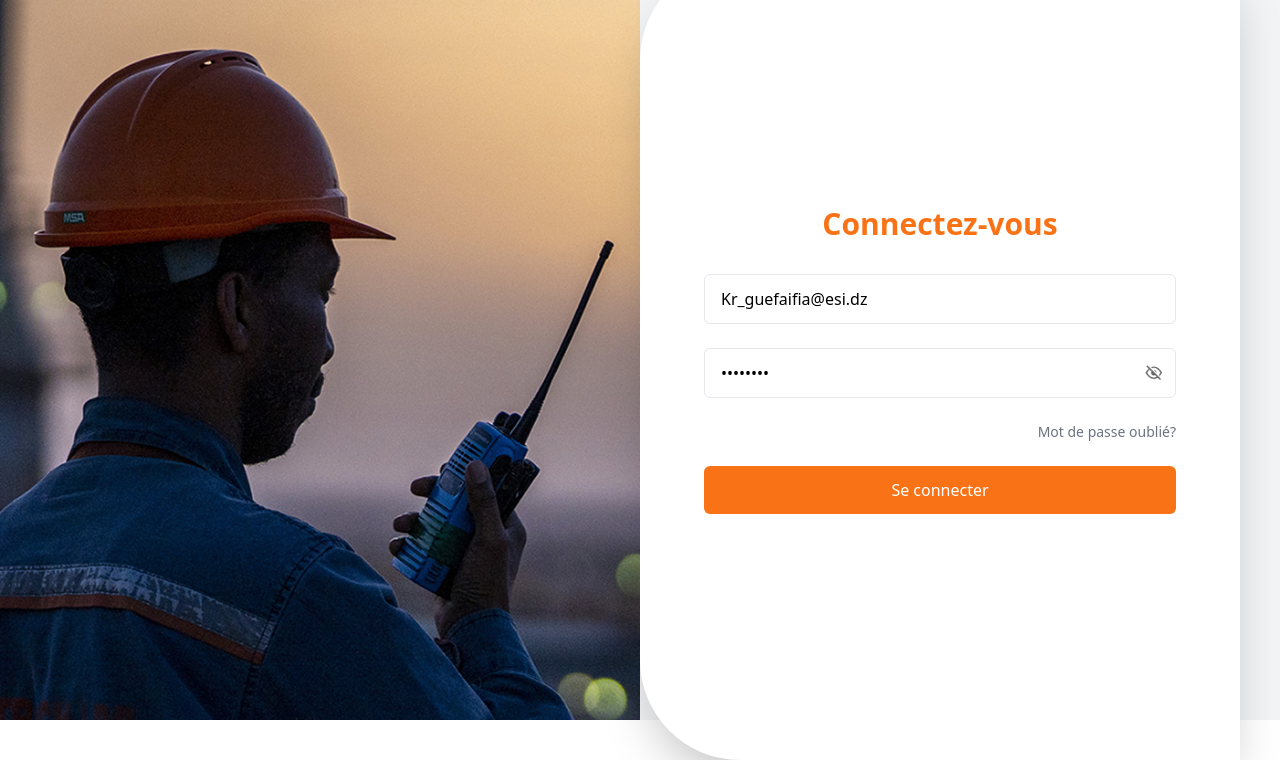
Repository: 123455675848484848484884848484/Projet_2cs
Page: / (app in front/)
An editor plug-in stored every save of this project. The page is shown before and after the next save, followed by the edit.
The browser window is 1280 px wide. The pictures show the whole page.
The project was rebuilt for these pictures with package versions that can differ from the ones it lists, and the page was loaded fresh each time. Also part of the build but not shown: front/src/App.css.

Above is the page before, as saved 2025-04-20 12:03:56.

### front/src/App.js

import './App.css';
// App.jsx
import React from "react";
import Login from "./Login"; // Assure-toi que le chemin est correct

function App() {
  return <Login />;
}

export default App;

### front/src/Login.jsx
import React, { useState } from "react";

const Login = () => {
  const [showPassword, setShowPassword] = useState(false);
  const [email, setEmail] = useState("Kr_guefaifia@esi.dz");
  const [error, setError] = useState("");

  const handleSubmit = (e) => {
    e.preventDefault();
    if (!email.includes("@")) {
      setError("L'adresse email doit contenir un '@'");
      return;
    }
    setError("");
    alert("Connexion réussie !");
  };

  return (
    <div className="h-screen w-screen flex bg-gray-100">
      {/* Image à gauche */}
      <div className="w-1/2 h-full">
        <img
          src="/login.png"
          alt="worker"
          className="w-full h-full object-cover"
        />
      </div>

      {/* Formulaire arrondi */}
      <div className="w-1/2 h-full flex items-center justify-center">
      <div className="bg-white rounded-l-[100px] -ml-10 shadow-2xl px-16 py-20 w-[600px] h-[800px] flex flex-col justify-center">
                  <h2 className="text-3xl font-bold text-orange-500 mb-8 text-center">
            Connectez-vous
          </h2>

          <form className="space-y-6" onSubmit={handleSubmit}>
            {/* Email */}
            <div>
              <input
                type="email"
                placeholder="Email"
                value={email}
                onChange={(e) => setEmail(e.target.value)}
                className="w-full px-4 py-3 border rounded-md focus:outline-none focus:ring-2 focus:ring-orange-400"
              />
              {error && (
                <p className="text-red-500 text-sm mt-1">{error}</p>
              )}
            </div>

            {/* Mot de passe */}
            <div className="relative">
              <input
                type={showPassword ? "text" : "password"}
                placeholder="Mot de passe"
                defaultValue="password"
                className="w-full px-4 py-3 border rounded-md focus:outline-none focus:ring-2 focus:ring-orange-400"
              />
              <span
                onClick={() => setShowPassword(!showPassword)}
                className="absolute inset-y-0 right-3 flex items-center cursor-pointer"
              >
                {showPassword ? (
                  <span className="text-gray-500 text-lg">👁️</span>
                ) : (
                  <img
                    src="/icon.png"
                    alt="hidden"
                    className="w-5 h-5"
                  />
                )}
              </span>
            </div>

            {/* Mot de passe oublié */}
            <div className="text-right text-sm text-gray-500">
              <a href="#" className="hover:underline">
                Mot de passe oublié?
              </a>
            </div>

            {/* Bouton */}
            <button
              type="submit"
              className="w-full bg-orange-500 hover:bg-orange-600 text-white font-medium py-3 rounded-md transition"
            >
              Se connecter
            </button>
          </form>
        </div>
      </div>
    </div>
  );
};

export default Login;

Loaded but not shown: front/public/index.html (common file); front/src/index.js (common file); front/src/index.css (common file); front/src/reportWebVitals.js (common file); front/tailwind.config.js (common file)

After the next save:
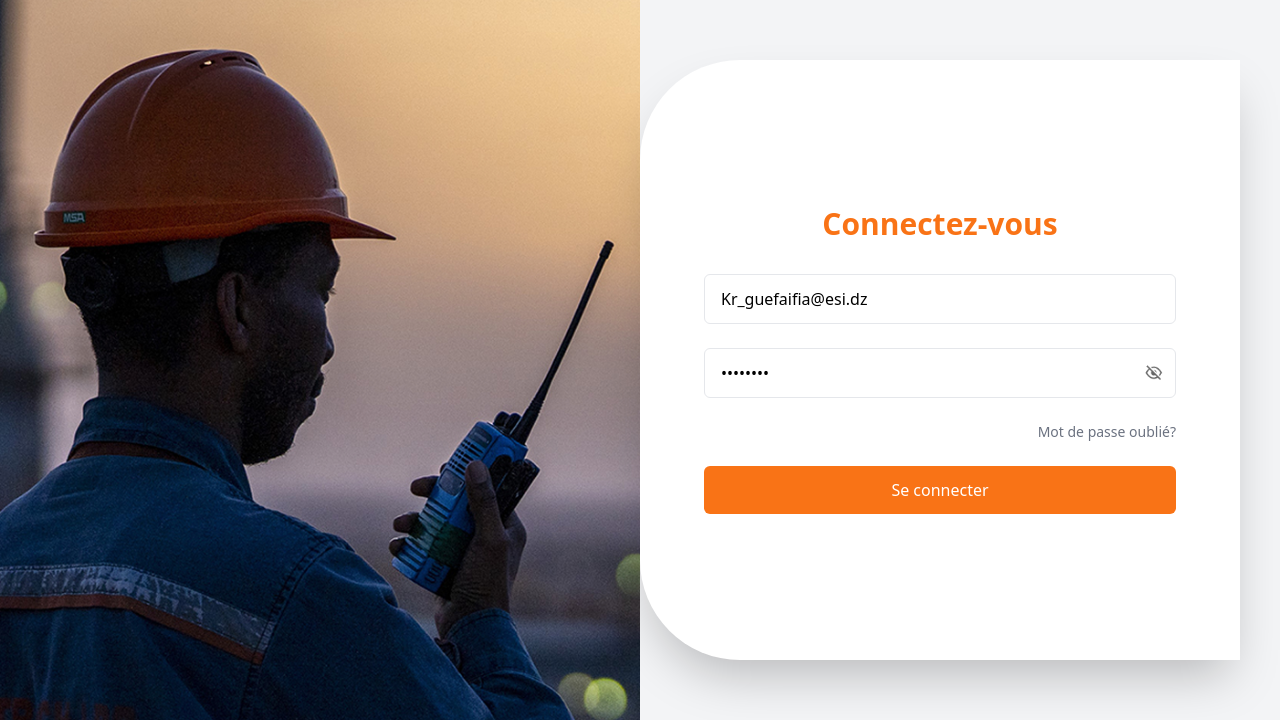
Saved 13 s later.
--- a/front/src/Login.jsx
+++ b/front/src/Login.jsx
@@ -28,7 +28,7 @@ const Login = () => {
 
       {/* Formulaire arrondi */}
       <div className="w-1/2 h-full flex items-center justify-center">
-      <div className="bg-white rounded-l-[100px] -ml-10 shadow-2xl px-16 py-20 w-[600px] h-[800px] flex flex-col justify-center">
+      <div className="bg-white rounded-l-[100px] -ml-10 shadow-2xl px-16 py-20 w-[600px] h-[600px] flex flex-col justify-center">
                   <h2 className="text-3xl font-bold text-orange-500 mb-8 text-center">
             Connectez-vous
           </h2>
